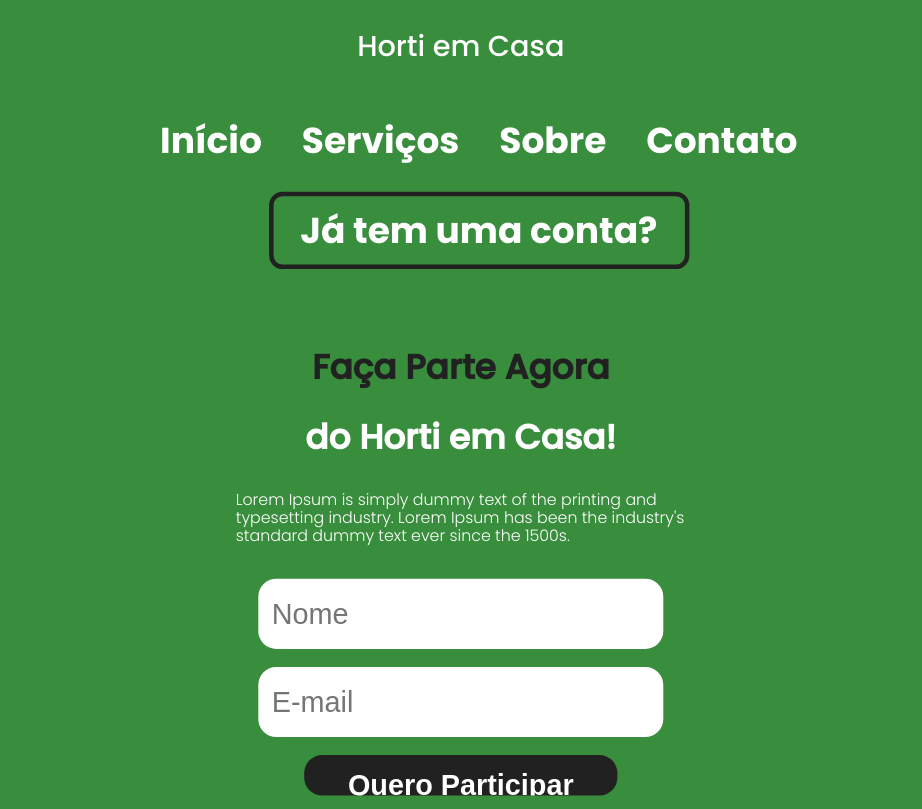
Repository: gabrielcastroo/horti-em-casa
Page: index.html
The author's editor kept a copy of each file at every save. The page is drawn from the files as they stood at one save, then again after the next save.
The browser window is 1024 px wide. The pictures show the whole page, at 90% of full size.

Above is the page before, as saved 2022-04-26 12:37:24.

### index.html
<!DOCTYPE html>
<html lang="pt-br">
<head>
    <meta charset="UTF-8">
    <meta http-equiv="X-UA-Compatible" content="IE=edge">
    <link href="styles/style.css" rel="stylesheet">
    <link href="styles/fonts.css" rel="stylesheet">
    <link href="/styles/media.css" rel="stylesheet">
    <title>Horti em Casa</title>
</head>
<body>
    <header>
        <div>
            <h1>
                Horti em Casa
            </h1>
        </div>

        <ul>
            <a href="#"><li>Início</li></a>
            <a href="#"><li>Serviços</li></a>
            <a href="#"><li>Sobre</li></a>
            <a href="#"><li>Contato</li></a>
            <a href="#" id="inscrever"><li>Já tem uma conta?</li></a>
        </ul>
    </header>

    <main>
        <aside>
            <h2>
                <span>
                    Faça Parte Agora
                </span>
            </h2>
            <h2>
                do Horti em Casa!
            </h2>
            <p>
                Lorem Ipsum is simply dummy text of the printing and typesetting industry. Lorem Ipsum has been the industry's standard dummy text ever since the 1500s.
            </p>
            <form>
                <input type = "text" id = "name" placeholder = "Nome">
                <input type = "email" id = "email" placeholder = "E-mail">
                <input type = "submit" value = "Quero Participar" id="submit">
            </form>
        </aside>

        <article>
            <img src="components/images/legumes.png" alt = "legumes">
        </article>
    </main>
    <script src="js/script.js"></script>
</body>
</html>

### styles/style.css
body{
    /* background-color: rgba(#388E3C); */
    background-color: rgb(56, 142, 60);
    color: white;
    font-family: poppinsregular;
    max-Width: 1200px;
    margin: 0 auto;
    padding: 15px;
}

aside {
    display: flex;
    align-items: center;
    flex-direction: column;
}

header {
    display: flex; /* disposição dos elementos*/
    flex-direction: row;
    justify-content: space-between;
    align-items: center;

}

#title {
    flex-direction: column;
    line-height: 10px;

}

li{
    display: inline-block;
    margin: 20px;
}

a{
    color: white;
    font-family: poppinsbold;
}

a:hover {
    color: rgb(33, 33, 33);
    transition: 0.3s all;
}

#inscrever {
    border: 5px solid rgb(33, 33, 33);
    padding:10px;
    border-radius: 15px;
}

#inscrever:hover {
    background-color: rgb(33, 33, 33);
    color: white;
}

h1 {
    font-weight: 400;
    font-family: poppinsmedium;
}

h2{
    font-size: 50px;
    line-height: 15px;
    font-family: poppinsmedium;
}

main {
    display: flex; /* disposição dos elementos*/
    flex-direction: row;
    margin-top: 50px;
}

span{
    color: rgb(33, 33, 33)
}

p{
    line-height: 20px;
    max-width: 500px;
    font-family: poppinslight;
}

img {
    width: 380px;
    padding-left: 250px;
}

form {
    display: flex;
    flex-direction: column;
    width: 70%;
}

#submit {
    height: 20px;
    width: 50%;
    background-color: rgb(33,33,33);
    color: white;
    font-weight: bold;
    padding-bottom: 30px;
}

#submit:hover {
    cursor: pointer;
}

input {
    margin-top: 20px;
    height: 20px;
    padding: 15px;
    border-radius: 20px;
    border: none;
    font-size: 15px;
}

### styles/fonts.css
@font-face {
    font-family: 'poppinsblack';
    src: url('../components/fonts/poppins-black-webfont.woff2') format('woff2'),
         url('../components/fonts/poppins-black-webfont.woff') format('woff');
    font-weight: normal;
    font-style: normal;

  }




  @font-face {
    font-family: 'poppinsbold';
    src: url('../components/fonts/poppins-bold-webfont.woff2') format('woff2'),
         url('../components/fonts/poppins-bold-webfont.woff') format('woff');
    font-weight: normal;
    font-style: normal;

  }


  @font-face {
    font-family: 'poppinslight';
    src: url('../components/fonts/poppins-light-webfont.woff2') format('woff2'),
         url('../components/fonts/poppins-light-webfont.woff') format('woff');
    font-weight: normal;
    font-style: normal;

  }


  @font-face {
    font-family: 'poppinsmedium';
    src: url('../components/fonts/poppins-medium-webfont.woff2') format('woff2'),
         url('../components/fonts/poppins-medium-webfont.woff') format('woff');
    font-weight: normal;
    font-style: normal;

  }

  @font-face {
    font-family: 'poppinsregular';
    src: url('../components/fonts/poppins-regular-webfont.woff2') format('woff2'),
         url('../components/fonts/poppins-regular-webfont.woff') format('woff');
    font-weight: normal;
    font-style: normal;

  }

  @font-face {
    font-family: 'poppinssemibold';
    src: url('../components/fonts/poppins-semibold-webfont.woff2') format('woff2'),
         url('../components/fonts/poppins-semibold-webfont.woff') format('woff');
    font-weight: normal;
    font-style: normal;

  }

### styles/media.css
@media screen and (max-width: 1148px){

    a {
        font-size: 2.5em;
    }

    p {
        font-size: 1.1em;
    }

    header {
        flex-direction: column;
    }

    main {
        flex-direction: column;
    }

    h2 {
        font-size:38px;
    }

    form {
        margin: 0 auto;

    }

    input #submit {
        padding: 300px;
        font-size: 2em;
        height: 1.5em;
    }

    input{
        align-self: center;
        font-size: 2em;
        height: 1.5em;
    }

    img{
        display: none;
    }

    ul {
        text-align: center;
    }
}

### js/script.js
var input = document. querySelector("#submit");


input.addEventListener("click", function(e) {

    const name = document.querySelector("#name").value;
    const email = document.querySelector("#email").value;

    console.log(name + email)

})

After the next save:
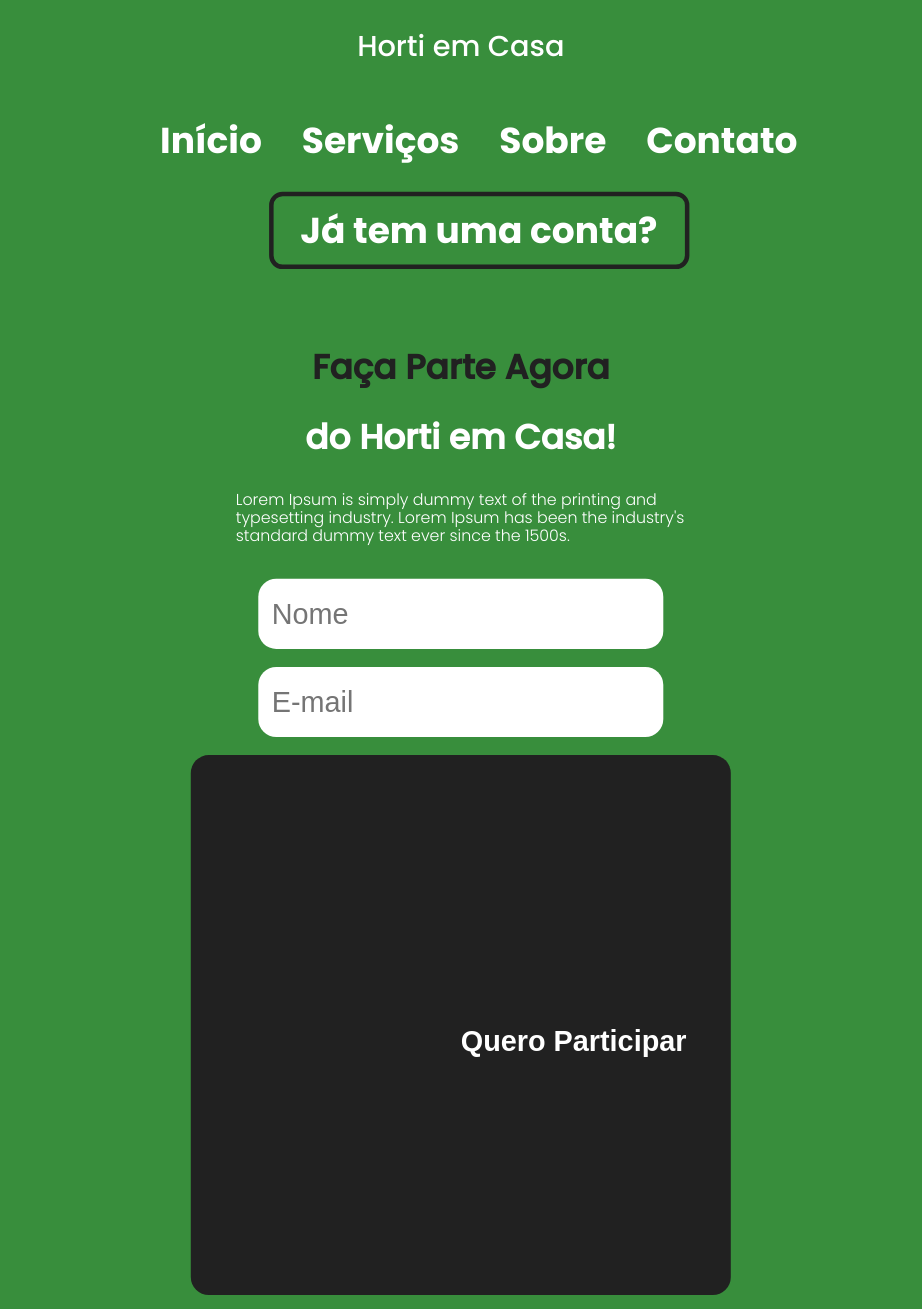
Saved 11 s later.
--- a/styles/media.css
+++ b/styles/media.css
@@ -25,7 +25,7 @@
 
     }
 
-    input #submit {
+    #submit {
         padding: 300px;
         font-size: 2em;
         height: 1.5em;
